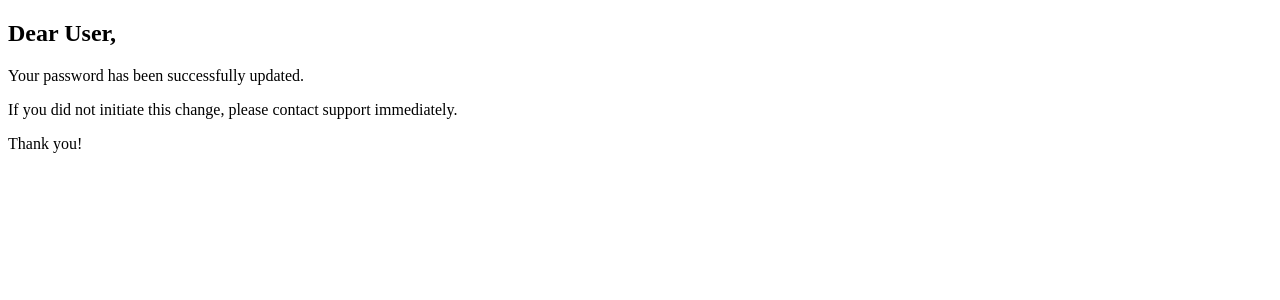
Repository: somasekharpulicherla/App_Ecommerce
Page: http://localhost/updatePasscodeTemplate
These files come from the project's save history. The page is drawn as it stood at one moment and after a run of saves; the edit follows.
The browser window is 1280 px wide. The pictures show the whole page.
The page is this project's Thymeleaf template; nobody is signed in. The template is opened directly, without the code that normally fills it, so the values that code supplies are empty.

Above is the page before, as saved 2024-06-17 10:21:11.

### AppEcommerce/AppEcommerce/src/main/resources/templates/updatePasscodeTemplate.html
<!DOCTYPE html>
<html xmlns:th="http://www.thymeleaf.org">
<head>
    <meta charset="UTF-8">
    <title>Password Update Successful</title>
</head>
<body>
    <h2>Dear User,</h2>
    <p>Your password has been successfully updated.</p>
    <p>If you did not initiate this change, please contact support immediately.</p>
    <p>Thank you!</p>
</body>
</html>

After the next 3 saves:
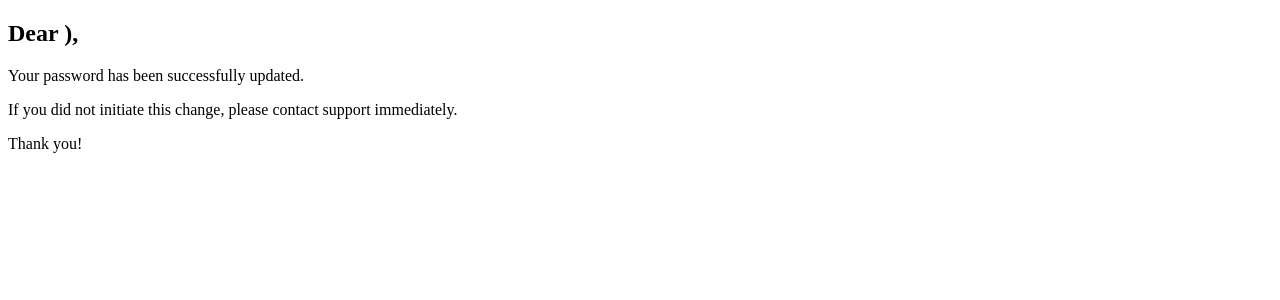
The 3 saves are shown as one change because they came seconds apart.
The last was saved 12 s later.
--- a/AppEcommerce/AppEcommerce/src/main/resources/templates/updatePasscodeTemplate.html
+++ b/AppEcommerce/AppEcommerce/src/main/resources/templates/updatePasscodeTemplate.html
@@ -5,7 +5,7 @@
     <title>Password Update Successful</title>
 </head>
 <body>
-    <h2>Dear User,</h2>
+    <h2>Dear ),</h2>
     <p>Your password has been successfully updated.</p>
     <p>If you did not initiate this change, please contact support immediately.</p>
     <p>Thank you!</p>
